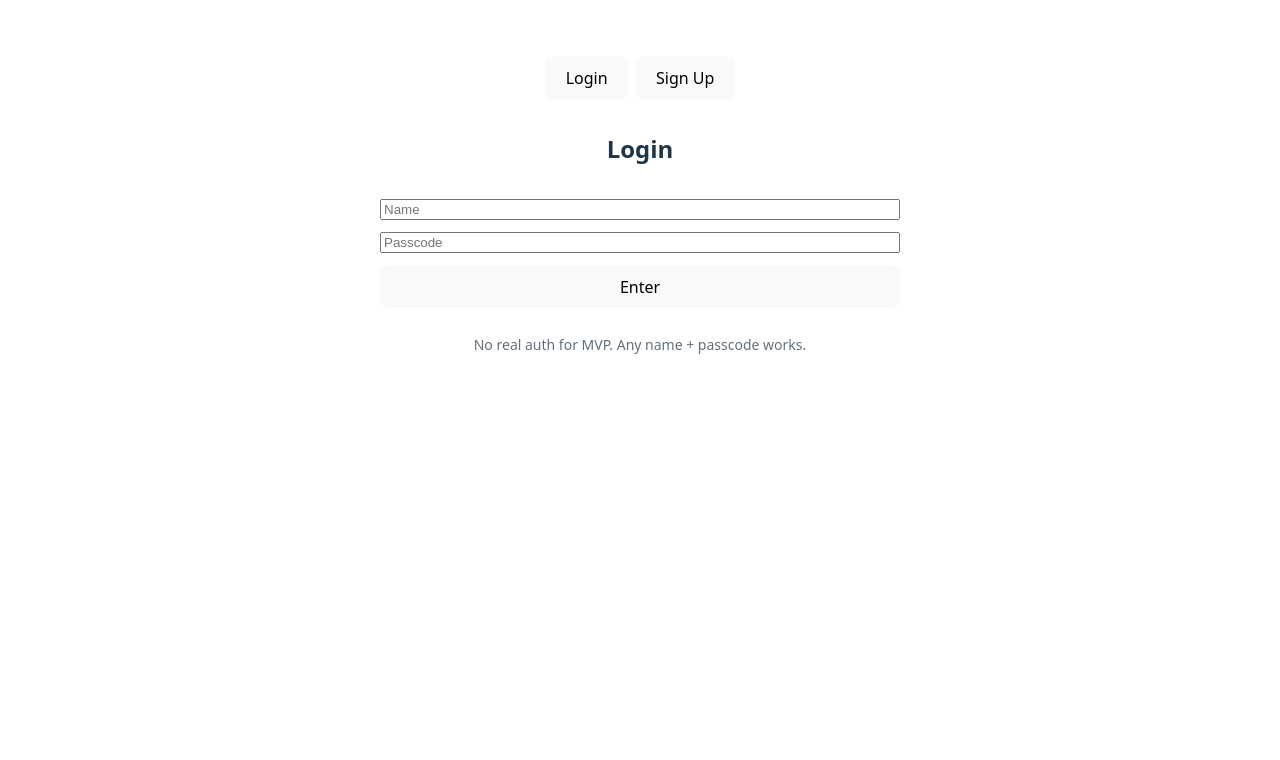
Repository: CSCI-40500-Fall-2025/project-project-10
Page: / (app in client/)
These files come from the project's save history. The page is drawn as it stood at one moment and after the next save; the edit follows.
The browser window is 1280 px wide. The pictures show the whole page.
The page's requests for data from a server got no answer. The project was rebuilt for these pictures with package versions that can differ from the ones it lists, and the page was loaded fresh each time. No one was signed in, and anything a server would have sent is missing. Also part of the build but not shown: client/vite.config.ts, client/src/components/NewListingCard.tsx, client/src/components/Filters.tsx.

Above is the page before, as saved 2025-10-07 21:31:37.

### client/src/index.css
:root {
  font-family: system-ui, Avenir, Helvetica, Arial, sans-serif;
  line-height: 1.5;
  font-weight: 400;

  color-scheme: light dark;
  color: rgba(255, 255, 255, 0.87);
  background-color: #F5F5F5;

  font-synthesis: none;
  text-rendering: optimizeLegibility;
  -webkit-font-smoothing: antialiased;
  -moz-osx-font-smoothing: grayscale;
}

a {
  font-weight: 500;
  color: #646cff;
  text-decoration: inherit;
}
a:hover {
  color: #535bf2;
}

body {
  margin: 0;
  min-width: 320px;
  min-height: 100vh;
}

h1 {
  font-size: 3.2em;
  line-height: 1.1;
}

button {
  border-radius: 8px;
  border: 1px solid transparent;
  padding: 0.6em 1.2em;
  font-size: 1em;
  font-weight: 500;
  font-family: inherit;
  background-color: #1a1a1a;
  cursor: pointer;
  transition: border-color 0.25s;
}
button:hover {
  border-color: #646cff;
}
button:focus,
button:focus-visible {
  outline: 4px auto -webkit-focus-ring-color;
}

@media (prefers-color-scheme: light) {
  :root {
    color: #213547;
    background-color: #ffffff;
  }
  a:hover {
    color: #747bff;
  }
  button {
    background-color: #f9f9f9;
  }
}

/* MVP UI helpers */
.grid { display: grid; gap: 16px; grid-template-columns: repeat(auto-fill, minmax(260px, 1fr)); }
.filters { display: grid; grid-template-columns: repeat(auto-fit, minmax(160px, 1fr)); gap: 12px; margin: 12px 0 20px; }
.card { border: 1px solid rgba(255,255,255,0.12); border-radius: 12px; overflow: hidden; background: rgba(255,255,255,0.03); }
.card img { width: 100%; height: 180px; object-fit: cover; display: block; }
.card-body { padding: 12px 14px 16px; }
.divider { height: 1px; background: rgba(255,255,255,0.12); margin: 10px 0; }
.chip { display:inline-flex; align-items:center; gap:6px; padding: 4px 8px; border-radius: 999px; background:rgba(255,255,255,0.04); border:1px solid rgba(255,255,255,0.08); font-size: 0.8rem; }
.chips { display:flex; gap:8px; flex-wrap:wrap; }
.price { font-weight: 700; color: #f7ad45; }

### client/src/App.tsx
import { useEffect, useMemo, useState, type FormEvent } from 'react'
import './App.css'
import './index.css'
import type { Listing, User } from './types'
import { clearUser, getCurrentUser, getListings, saveUser, seedListingsIfNeeded } from './storage'
import { generateMockListings } from './mockListings'
import {ListingCard} from './components/NewListingCard'
import Filters, { type FiltersState } from './components/Filters'
import { createUser as apiCreateUser, fetchListings, hasApi } from './api'

import AcUnitIcon from '@mui/icons-material/AcUnit';
import { Box, Typography } from '@mui/material'
import { lightBlue } from '@mui/material/colors'

type AuthView = 'login' | 'signup'

export default function App() {
  const [authView, setAuthView] = useState<AuthView>('login')
  const [user, setUser] = useState<User | null>(() => getCurrentUser())
  const [listings, setListings] = useState<Listing[]>([])
  const [filters, setFilters] = useState<FiltersState>({ city: '', minPrice: '', maxPrice: '', beds: '', sort: 'priceAsc' })

  useEffect(() => {
    const run = async () => {
      if (hasApi) {
        try {
          const list = await fetchListings()
          setListings(list)
          return
        } catch (e) {
          console.warn('API fetch failed, falling back to local data', e)
        }
      }
      seedListingsIfNeeded(generateMockListings(48))
      setListings(getListings())
    }
    run()
  }, [])

  const onLogout = () => { clearUser(); setUser(null) }

  const filtered = useMemo(() => {
    let arr = [...listings]
    if (filters.city) arr = arr.filter(l => l.city === filters.city)
    if (filters.minPrice) arr = arr.filter(l => l.price >= Number(filters.minPrice))
    if (filters.maxPrice) arr = arr.filter(l => l.price <= Number(filters.maxPrice))
    if (filters.beds) {
      const beds = Number(filters.beds)
      if (beds === 4) arr = arr.filter(l => l.bedrooms >= 4)
      else arr = arr.filter(l => l.bedrooms === beds)
    }
    switch (filters.sort) {
      case 'priceAsc': arr.sort((a,b)=>a.price-b.price); break
      case 'priceDesc': arr.sort((a,b)=>b.price-a.price); break
      case 'bedsAsc': arr.sort((a,b)=>a.bedrooms-b.bedrooms); break
      case 'bedsDesc': arr.sort((a,b)=>b.bedrooms-a.bedrooms); break
      case 'availAsc': arr.sort((a,b)=>a.availableFrom.localeCompare(b.availableFrom)); break
    }
    return arr
  }, [listings, filters])

  if (!user) return (
    <AuthShell view={authView} setView={setAuthView} onAuthed={setUser} />
  )

  return (
    <div style={{ width: '100%', margin: '0 auto'}}>
      <Header user={user} onLogout={onLogout} />

      <div style={{display: 'flex', justifyContent: "space-between", maxWidth: 1440, width: '100%', margin: '24px auto 0 auto'}}>
        <Filters cities={listings.map(l=>l.city)} onChange={setFilters} />

        {/* Area for search results */}
        <div>
          {filtered.length > 0 && (
            <>
              <Typography sx={{textAlign: "left", color: "black"}} variant="h4">{`Results (${filtered.length})`}</Typography>
              <div style={{ display:'grid', gridTemplateColumns:'repeat(2, 400px)', gridTemplateRows: "350px 350px", gridGap: "16px" }}>
                {filtered.map(l =>  <Box sx={{placeSelf: "center"}}><ListingCard key={l.id} listing={l} /> </Box> )}
              </div>
            </>
          )
        }
          {filtered.length === 0 && <Typography style={{opacity:0.7, marginTop: 20, color: "black", textAlign: "left"}} variant="h3">No results. Try broadening your filters.</Typography>}
        </div>

      </div>
    </div>
  )
}

/*
  Header for the entire website
*/
function Header({ user, onLogout }: { user: User, onLogout: () => void }) {
  return (
    <div style={{ display:'flex', alignItems:'center', justifyContent:'space-between', top:0, background:'white', padding:'12px 24px' }}>
      <div style={{display: 'flex', justifyContent: "space-between", gap: "25px"}}>
        <div style={{display: 'flex', justifyContent: "space-between", alignItems: "center", gap: "10px"}}>
          <AcUnitIcon sx={{color: lightBlue['A400'], height: "36px", width: "36px"}}/>
          <Typography variant="h5" sx={{color: "black"}}>RoomieMatch</Typography>
        </div>
        <div style={{display: 'flex', justifyContent: "space-between", alignItems: "center", gap: "15px"}}>
          <Typography variant="h6" sx={{color: "black", fontSize: '16px'}}>Home</Typography>
          <Typography variant="h6" sx={{color: "black", fontSize: '16px'}}>Explore</Typography>
          <Typography variant="h6" sx={{color: "black", fontSize: '16px'}}>Messages</Typography>
        </div>
      </div>

      <div style={{ display:'flex', gap:8, alignItems:'center' }}>
        <span style={{ opacity: 0.8, color: "black" }}>{user.name} • {user.employer}</span>
        <button style={{backgroundColor: "white", color: "black"}} onClick={onLogout}>Logout</button>
      </div>
    </div>
  )
}

function AuthShell({ view, setView, onAuthed }: { view: AuthView, setView: (v:AuthView)=>void, onAuthed:(u:User)=>void }) {
  return (
    <div style={{ maxWidth: 520, width:'100%', margin: '40px auto', padding: 16 }}>
      <div style={{ display:'flex', gap:8, justifyContent:'center', marginBottom: 12 }}>
        <button onClick={()=>setView('login')} aria-pressed={view==='login'}>Login</button>
        <button onClick={()=>setView('signup')} aria-pressed={view==='signup'}>Sign Up</button>
      </div>
      {view === 'login' ? <LoginForm onAuthed={onAuthed} /> : <SignupForm onAuthed={onAuthed} />}
    </div>
  )
}

function LoginForm({ onAuthed }: { onAuthed:(u:User)=>void }) {
  const [form, setForm] = useState({ name:'', password:'' })
  const submit = async (e: FormEvent) => {
    e.preventDefault()
    if (!form.name || !form.password) return
    const u: User = { id: crypto.randomUUID(), name: form.name, age: null, gender: '', employer: 'Unknown', password: form.password }
    try {
      if (hasApi) await apiCreateUser(u)
    } catch (e) {
      console.warn('User create via API failed, continuing with local user', e)
    }
    saveUser(u)
    onAuthed(u)
  }
  return (
    <form onSubmit={submit} style={{ display:'grid', gap:12 }}>
      <h2>Login</h2>
      <input placeholder="Name" value={form.name} onChange={e=>setForm(f=>({ ...f, name:e.target.value }))} />
      <input placeholder="Passcode" value={form.password} onChange={e=>setForm(f=>({ ...f, password:e.target.value }))} />
      <button type="submit">Enter</button>
      <p style={{ opacity: 0.7, fontSize: 14 }}>No real auth for MVP. Any name + passcode works.</p>
    </form>
  )
}

function SignupForm({ onAuthed }: { onAuthed:(u:User)=>void }) {
  const [form, setForm] = useState({ name:'', age:'', gender:'', employer:'', password:'' })
  const submit = async (e: FormEvent) => {
    e.preventDefault()
    if (!form.name || !form.employer || !form.password) return
    const u: User = { id: crypto.randomUUID(), name: form.name, age: form.age ? Number(form.age) : null, gender: form.gender, employer: form.employer, password: form.password }
    try {
      if (hasApi) await apiCreateUser(u)
    } catch (e) {
      console.warn('User create via API failed, continuing with local user', e)
    }
    saveUser(u)
    onAuthed(u)
  }
  return (
    <form onSubmit={submit} style={{ display:'grid', gap:12 }}>
      <h2>Create account</h2>
      <input placeholder="Name" value={form.name} onChange={e=>setForm(f=>({ ...f, name:e.target.value }))} required />
      <input placeholder="Age" type="number" value={form.age} onChange={e=>setForm(f=>({ ...f, age:e.target.value }))} />
      <select value={form.gender} onChange={e=>setForm(f=>({ ...f, gender:e.target.value }))}>
        <option value="">Prefer not to say</option>
        <option>Female</option>
        <option>Male</option>
        <option>Non-binary</option>
        <option>Other</option>
      </select>
      <input placeholder="Employer / Company" value={form.employer} onChange={e=>setForm(f=>({ ...f, employer:e.target.value }))} required />
      <input placeholder="Passcode" value={form.password} onChange={e=>setForm(f=>({ ...f, password:e.target.value }))} required />
      <button type="submit">Sign up</button>
      <p style={{ opacity: 0.7, fontSize: 14 }}>We only store this in your browser for MVP.</p>
    </form>
  )
}

### client/src/storage.ts
import type { Listing, User } from './types'

const USER_KEY = 'fh.user'
const LISTINGS_KEY = 'fh.listings'
const FAVS_KEY = 'fh.favorites'

export function saveUser(user: User) {
  localStorage.setItem(USER_KEY, JSON.stringify(user))
}

export function getCurrentUser(): User | null {
  try {
    const raw = localStorage.getItem(USER_KEY)
    return raw ? (JSON.parse(raw) as User) : null
  } catch {
    return null
  }
}

export function clearUser() {
  localStorage.removeItem(USER_KEY)
}

export function getFavorites(): Set<string> {
  try {
    const raw = localStorage.getItem(FAVS_KEY)
    return new Set<string>(raw ? (JSON.parse(raw) as string[]) : [])
  } catch {
    return new Set<string>()
  }
}

export function toggleFavorite(id: string): Set<string> {
  const favs = getFavorites()
  if (favs.has(id)) favs.delete(id)
  else favs.add(id)
  localStorage.setItem(FAVS_KEY, JSON.stringify(Array.from(favs)))
  return favs
}

export function seedListingsIfNeeded(seed: Listing[]) {
  const existing = localStorage.getItem(LISTINGS_KEY)
  if (!existing) {
    localStorage.setItem(LISTINGS_KEY, JSON.stringify(seed))
  }
}

export function getListings(): Listing[] {
  try {
    const raw = localStorage.getItem(LISTINGS_KEY)
    return raw ? (JSON.parse(raw) as Listing[]) : []
  } catch {
    return []
  }
}

### client/src/mockListings.ts
import type { Listing } from './types'

const cities = [
  'New York',
  'San Francisco',
  'Seattle',
  'Boston',
  'Austin',
  'Chicago',
  'Atlanta',
]

const images = [
  'https://images.unsplash.com/photo-1494526585095-c41746248156?q=80&w=1200&auto=format&fit=crop',
  'https://images.unsplash.com/photo-1502672260266-1c1ef2d93688?q=80&w=1200&auto=format&fit=crop',
  'https://images.unsplash.com/photo-1560448204-e02f11c3d0e2?q=80&w=1200&auto=format&fit=crop',
  'https://images.unsplash.com/photo-1598928506311-9db8dfff2a5b?q=80&w=1200&auto=format&fit=crop',
  'https://images.unsplash.com/photo-1528901166007-3784c7dd3653?q=80&w=1200&auto=format&fit=crop',
]

function rand(min: number, max: number) {
  return Math.floor(Math.random() * (max - min + 1)) + min
}

function sample<T>(arr: T[]): T {
  return arr[Math.floor(Math.random() * arr.length)]
}

export function generateMockListings(count = 36): Listing[] {
  const out: Listing[] = []
  const today = new Date()
  for (let i = 0; i < count; i++) {
    const bedrooms = rand(1, 4)
    const bathrooms = Math.max(1, Math.round(bedrooms / 2))
    const priceBase = { 'New York': 3200, 'San Francisco': 3400, Seattle: 2200, Boston: 2600, Austin: 1800, Chicago: 1700, Atlanta: 1600 } as Record<string, number>
    const city = sample(cities)
    const price = priceBase[city] + rand(-400, 600) + bedrooms * rand(200, 450)
    const availableFrom = new Date(today)
    availableFrom.setDate(today.getDate() + rand(0, 60))
    out.push({
      id: crypto.randomUUID(),
      title: `${bedrooms}BR apartment in ${city}`,
      city,
      price,
      bedrooms,
      bathrooms,
      availableFrom: availableFrom.toISOString().slice(0, 10),
      imageUrl: sample(images),
      sqft: rand(450, 1400),
      furnished: Math.random() < 0.4,
      petsAllowed: Math.random() < 0.6,
      description: 'Cozy place near transit and shops. In-unit laundry and lots of light.'
    })
  }
  return out
}

### client/src/api.ts
import type { Listing, User } from './types'

const API_URL = import.meta.env.VITE_API_URL as string | undefined

export const hasApi = !!API_URL

export async function fetchListings(): Promise<Listing[]> {
  if (!API_URL) throw new Error('API not configured')
  const res = await fetch(`${API_URL}/listings`)
  if (!res.ok) throw new Error(`Failed to fetch listings: ${res.status}`)
  return res.json()
}

export async function createUser(u: Omit<User, 'id'>): Promise<User> {
  if (!API_URL) throw new Error('API not configured')
  const res = await fetch(`${API_URL}/users`, {
    method: 'POST',
    headers: { 'Content-Type': 'application/json' },
    body: JSON.stringify({
      name: u.name,
      age: u.age,
      gender: u.gender,
      employer: u.employer,
      passcode: u.password
    })
  })
  if (!res.ok) throw new Error(`Failed to create user: ${res.status}`)
  const data = await res.json()
  return { id: data.id, ...u }
}

Loaded but not shown: client/index.html (common file); client/src/main.tsx (common file); client/src/App.css (common file)

After the next save:
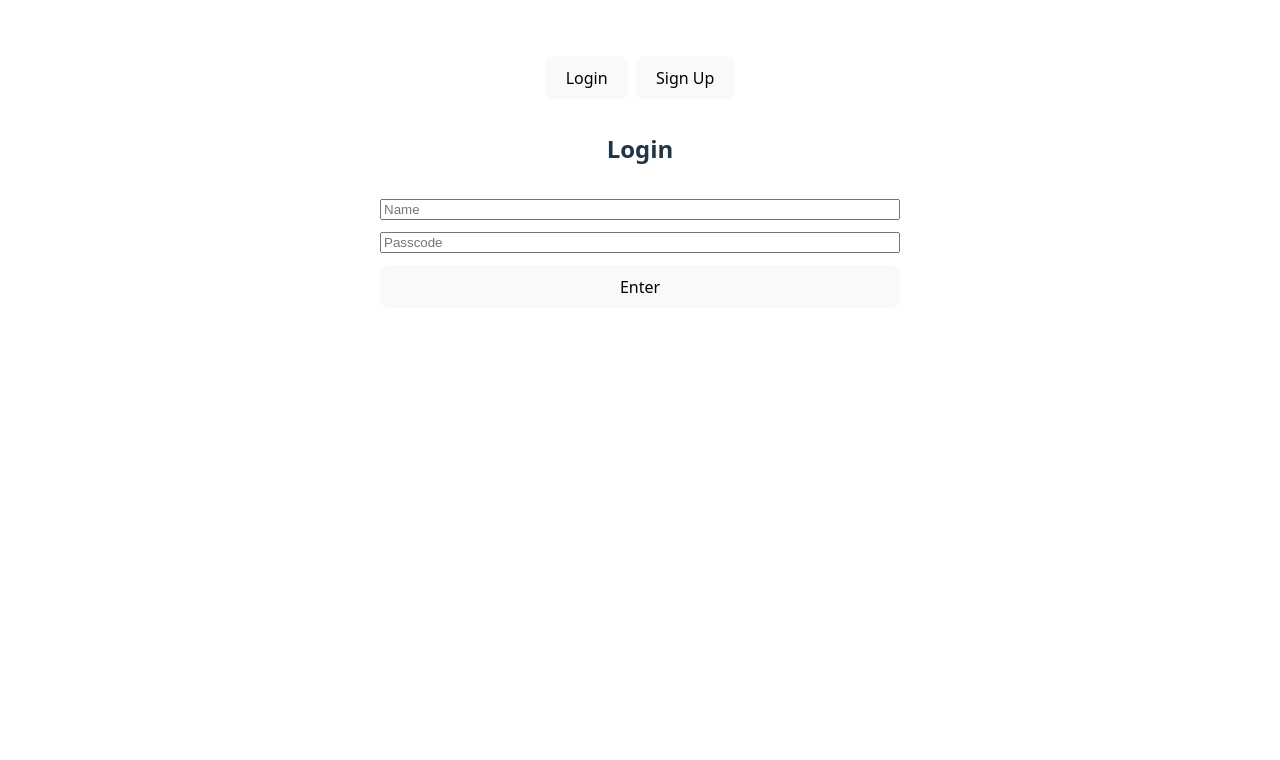
Saved 4 min 16 s later.
--- a/client/src/App.tsx
+++ b/client/src/App.tsx
@@ -127,61 +127,67 @@ function AuthShell({ view, setView, onAuthed }: { view: AuthView, setView: (v:Au
   )
 }
 
-function LoginForm({ onAuthed }: { onAuthed:(u:User)=>void }) {
-  const [form, setForm] = useState({ name:'', password:'' })
+// filepath: /client/src/components/LoginForm.tsx
+function LoginForm({ onAuthed }: { onAuthed: (u: User) => void }) {
+  const [form, setForm] = useState({ name: '', password: '' });
+
   const submit = async (e: FormEvent) => {
-    e.preventDefault()
-    if (!form.name || !form.password) return
-    const u: User = { id: crypto.randomUUID(), name: form.name, age: null, gender: '', employer: 'Unknown', password: form.password }
+    e.preventDefault();
     try {
-      if (hasApi) await apiCreateUser(u)
-    } catch (e) {
-      console.warn('User create via API failed, continuing with local user', e)
+      const response = await fetch('http://localhost:4000/login', {
+        method: 'POST',
+        headers: { 'Content-Type': 'application/json' },
+        body: JSON.stringify(form),
+      });
+      if (!response.ok) throw new Error('Login failed');
+      const { token, user } = await response.json();
+      localStorage.setItem('authToken', token); // Save token
+      onAuthed(user);
+    } catch (error) {
+      console.error(error);
+      alert('Invalid credentials');
     }
-    saveUser(u)
-    onAuthed(u)
-  }
+  };
+
   return (
-    <form onSubmit={submit} style={{ display:'grid', gap:12 }}>
+    <form onSubmit={submit} style={{ display: 'grid', gap: 12 }}>
       <h2>Login</h2>
-      <input placeholder="Name" value={form.name} onChange={e=>setForm(f=>({ ...f, name:e.target.value }))} />
-      <input placeholder="Passcode" value={form.password} onChange={e=>setForm(f=>({ ...f, password:e.target.value }))} />
+      <input placeholder="Name" value={form.name} onChange={e => setForm(f => ({ ...f, name: e.target.value }))} />
+      <input placeholder="Passcode" type="password" value={form.password} onChange={e => setForm(f => ({ ...f, password: e.target.value }))} />
       <button type="submit">Enter</button>
-      <p style={{ opacity: 0.7, fontSize: 14 }}>No real auth for MVP. Any name + passcode works.</p>
     </form>
-  )
+  );
 }
 
-function SignupForm({ onAuthed }: { onAuthed:(u:User)=>void }) {
-  const [form, setForm] = useState({ name:'', age:'', gender:'', employer:'', password:'' })
+// filepath: /client/src/components/SignupForm.tsx
+function SignupForm({ onAuthed }: { onAuthed: (u: User) => void }) {
+  const [form, setForm] = useState({ name: '', password: '', employer: '' });
+
   const submit = async (e: FormEvent) => {
-    e.preventDefault()
-    if (!form.name || !form.employer || !form.password) return
-    const u: User = { id: crypto.randomUUID(), name: form.name, age: form.age ? Number(form.age) : null, gender: form.gender, employer: form.employer, password: form.password }
+    e.preventDefault();
     try {
-      if (hasApi) await apiCreateUser(u)
-    } catch (e) {
-      console.warn('User create via API failed, continuing with local user', e)
+      const response = await fetch('http://localhost:4000/signup', {
+        method: 'POST',
+        headers: { 'Content-Type': 'application/json' },
+        body: JSON.stringify(form),
+      });
+      if (!response.ok) throw new Error('Signup failed');
+      const { token, user } = await response.json();
+      localStorage.setItem('authToken', token); // Save token
+      onAuthed(user);
+    } catch (error) {
+      console.error(error);
+      alert('Signup failed');
     }
-    saveUser(u)
-    onAuthed(u)
-  }
+  };
+
   return (
-    <form onSubmit={submit} style={{ display:'grid', gap:12 }}>
+    <form onSubmit={submit} style={{ display: 'grid', gap: 12 }}>
       <h2>Create account</h2>
-      <input placeholder="Name" value={form.name} onChange={e=>setForm(f=>({ ...f, name:e.target.value }))} required />
-      <input placeholder="Age" type="number" value={form.age} onChange={e=>setForm(f=>({ ...f, age:e.target.value }))} />
-      <select value={form.gender} onChange={e=>setForm(f=>({ ...f, gender:e.target.value }))}>
-        <option value="">Prefer not to say</option>
-        <option>Female</option>
-        <option>Male</option>
-        <option>Non-binary</option>
-        <option>Other</option>
-      </select>
-      <input placeholder="Employer / Company" value={form.employer} onChange={e=>setForm(f=>({ ...f, employer:e.target.value }))} required />
-      <input placeholder="Passcode" value={form.password} onChange={e=>setForm(f=>({ ...f, password:e.target.value }))} required />
+      <input placeholder="Name" value={form.name} onChange={e => setForm(f => ({ ...f, name: e.target.value }))} required />
+      <input placeholder="Employer" value={form.employer} onChange={e => setForm(f => ({ ...f, employer: e.target.value }))} required />
+      <input placeholder="Passcode" type="password" value={form.password} onChange={e => setForm(f => ({ ...f, password: e.target.value }))} required />
       <button type="submit">Sign up</button>
-      <p style={{ opacity: 0.7, fontSize: 14 }}>We only store this in your browser for MVP.</p>
     </form>
-  )
+  );
 }
